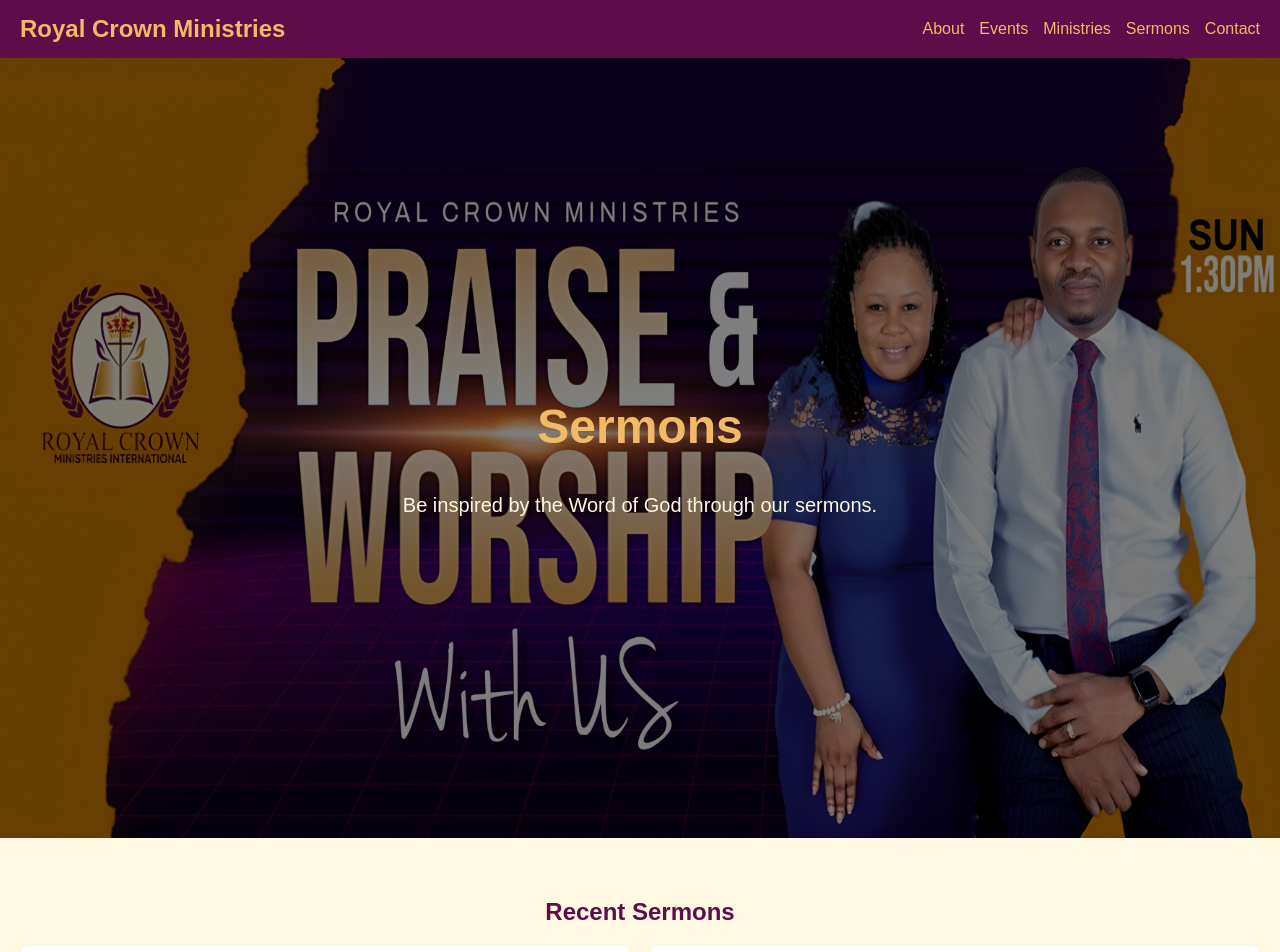
Repository: muwomotapiwa/Royal-Crown
Page: sermons.html
An editor plug-in stored every save of this project. The page is shown before and after a run of saves, followed by the edit.
The browser window is 1280 px wide. The pictures show the part of the page from y = 0 to 952 px (the page is 2776 px tall before and 2766 px after).
A picture or video elsewhere on the page could not be fetched, so the positions and the page height are approximate.

Above is the page before, as saved 2025-03-21 21:10:37.

### sermons.html
<!DOCTYPE html>
<html lang="en">
<head>
    <meta charset="UTF-8">
    <meta name="viewport" content="width=device-width, initial-scale=1.0">
    <title>Sermons - Royal Crown Ministries</title>
    <link rel="stylesheet" href="css/styles.css">
    <link rel="stylesheet" href="css/sermons.css">
</head>
<body>
    <header>
        <div class="logo">Royal Crown Ministries</div>
        <nav>
            <a href="index.html#about">About</a>
            <a href="events.html">Events</a>
            <a href="ministries.html">Ministries</a>
            <a href="sermons.html">Sermons</a>
            <a href="index.html#contact">Contact</a>
        </nav>
        <div class="hamburger" onclick="toggleMenu()">
            <div></div>
            <div></div>
            <div></div>
        </div>
    </header>

    <!-- Hero Section -->
    <section class="hero-banner">
        <div class="hero-content">
            <h1>Sermons</h1>
            <p>Be inspired by the Word of God through our sermons.</p>
        </div>
    </section>

    <!-- Recent Sermons Section -->
    <section class="recent-sermons">
        <h2>Recent Sermons</h2>
        <div class="sermons-grid">
            <div class="sermon-card">
                <img src="assets/Vission_Reset.png" alt="Vision Reset">
                <h3>Vision Reset</h3>
                <p>By Pastor Jacob on 01/15/2024</p>
                <a href="#" class="btn">Watch Now</a>
            </div>
            <div class="sermon-card">
                <img src="assets/your_decision_your_season.png" alt="Your Decision Your Season">
                <h3>Your Decision Your Season</h3>
                <p>By Pastor Jacob on 01/22/2024</p>
                <a href="#" class="btn">Watch Now</a>
            </div>
        </div>
    </section>

    <!-- Sermon Series Section -->
    <section class="sermon-series">
        <h2>Sermon Series</h2>
        <div class="series-grid">
            <div class="series-card">
                <img src="assets/Spiritual_Authority.png" alt="Spiritual Authority">
                <h3>Spiritual Authority</h3>
                <p>Receive God's divine guidance through His law and commandments in Exodus 24:12.</p>
                <a href="#" class="btn">View Series</a>
            </div>
            <div class="series-card">
                <img src="assets/living_by_grace.jpg" alt="Living by Grace">
                <h3>Living by Grace</h3>
                <p>Explore the depths of God's grace through this series.</p>
                <a href="#" class="btn">View Series</a>
            </div>
        </div>
    </section>

    <!-- Join Us Live Section -->
    <section class="join-live">
        <h2>Join Us Live</h2>
        <p>Don't miss our live-streamed sermons every Sunday at 9:00 AM.</p>
        <a href="live.html" class="btn">Watch Live</a>
    </section>

    <footer>
        <p>&copy; 2024 Royal Crown Ministries. All rights reserved.</p>
        <p>Address: Placeholder Street, City, Country | Email: info@royalcrownministries.com | Contact: +27 (81) 760-0928</p>
    </footer>

    <script>
        // Toggle Menu Functionality
        function toggleMenu() {
            const nav = document.querySelector("nav");
            nav.classList.toggle("show");
        }
    </script>
</body>
</html>

### css/styles.css
/* General Styles */
 body {
            margin: 0;
            font-family: Arial, sans-serif;
            background-color: #fff9e3; /* Cream background */
            color: #5e0c4a; /* Purple text color */
        }
        header {
            background-color: #5e0c4a; /* Purple */
            color: #f1bb65; /* Gold */
            padding: 15px 20px;
            display: flex;
            justify-content: space-between;
            align-items: center;
            position: sticky;
            top: 0;
            z-index: 1000;
        }
        header .logo {
            font-size: 24px;
            font-weight: bold;
        }
        nav {
            display: flex;
            gap: 15px;
        }
        nav a {
            color: #f1bb65; /* Gold */
            text-decoration: none;
            font-size: 16px;
        }
        .hamburger {
            display: none;
            flex-direction: column;
            cursor: pointer;
        }
        .hamburger div {
            width: 25px;
            height: 3px;
            background: #f1bb65; /* Gold */
            margin: 4px 0;
        }
        .banner {
            position: relative;
            background: url('../assets/BackgroundAll.jpeg') center/cover no-repeat;
            height: 400px;
            display: flex;
            justify-content: center;
            align-items: center;
            text-align: center;
            color: white;
        }
        .banner::before {
            content: "";
            position: absolute;
            top: 0;
            left: 0;
            width: 100%;
            height: 100%;
            background-color: rgba(0, 0, 0, 0.5); /* Black overlay with 50% opacity */
            z-index: 1;
        }
        .banner div {
            position: relative;
            z-index: 2;
        }
         @media (min-width: 769px) {
            .banner {
                height: 650px;
            }
        }
        @media (max-width: 768px) {
            .banner {
                height: 350px;
            }
        }
        .banner h1 {
            font-size: 36px;
            margin: 0;
            color: #f1bb65; /* Gold */
        }
        .banner p {
            font-size: 20px;
            margin: 10px 0 0;
            color: #fff9e3; /* Cream */
        }
        footer {
            background: #5e0c4a; /* Purple */
            color: #fff9e3; /* Cream */
            padding: 20px;
            text-align: center;
        }
        @media (max-width: 768px) {
            nav {
                display: none;
                flex-direction: column;
                gap: 10px;
                background: #5e0c4a; /* Purple */
                position: absolute;
                top: 60px;
                right: 20px;
                width: 200px;
                padding: 10px;
            }
            nav.show {
                display: flex;
            }
            .hamburger {
                display: flex;
            }
        }
        .sectionBody {
            font-family: Arial, sans-serif;
            background-color: #fff9e3; /* Cream */
            color: #5e0c4a; /* Purple */
            margin: 0;
            padding: 20px;
        }
        .section {
            margin-bottom: 40px;
            padding: 20px;
            background: #ffffff;
            border-radius: 8px;
            box-shadow: 0 4px 6px rgba(0, 0, 0, 0.1);
        }
        .section h2 {
            color: #5e0c4a;
            text-align: center;
            margin-bottom: 20px;
        }
        .cta .btn {
            display: inline-block;
            background-color: #f1bb65; /* Gold */
            color: #5e0c4a; /* Purple */
            border: none;
            padding: 10px 20px;
            text-decoration: none;
            border-radius: 5px;
            margin: 10px 5px;
            font-size: 16px;
            cursor: pointer;
        }
        .cta .btn:hover {
            background-color: #e0a84e; /* Darker Gold */
        }
        /* About Section */
        .about-container {
            display: flex;
            gap: 20px;
            align-items: center;
            flex-wrap: wrap;
        }
        .about-text {
            flex: 1;
            text-align: left;
            background: #fff9e3; /* Cream background */
            padding: 20px;
            border-radius: 8px;
        }
        .about-image img {
            width: 100%;
            border-radius: 8px;
            max-width: 500px;
            height: auto;
        }
        /* Events Section */
        .events-grid {
            display: grid;
            grid-template-columns: repeat(auto-fit, minmax(300px, 1fr));
            gap: 20px;
        }
        .event-card {
            background: white;
            padding: 20px;
            border-radius: 8px;
            box-shadow: 0 4px 6px rgba(0, 0, 0, 0.1);
            text-align: center;
        }
        .event-card h3 {
            color: #5e0c4a;
            margin-bottom: 10px;
        }
        /* Ministries Section */
        .ministries-grid {
            display: grid;
            grid-template-columns: repeat(auto-fit, minmax(200px, 1fr));
            gap: 20px;
            text-align: center;
        }
        .ministry-item img {
            max-width: 80px;
            margin-bottom: 10px;
        }
        .ministry-item {
            padding: 20px;
            background: white;
            border-radius: 8px;
            box-shadow: 0 4px 6px rgba(0, 0, 0, 0.1);
        }
        /* Sermons Section */
        .sermons-gallery {
            display: flex;
            gap: 20px;
            flex-wrap: wrap;
        }
        .sermon-item {
            flex: 1 1 calc(50% - 20px);
            text-align: center;
        }
        .sermon-thumbnail {
            position: relative;
            cursor: pointer;
        }
        .sermon-thumbnail img {
            width: 100%;
            border-radius: 8px;
        }
        .play-button {
            position: absolute;
            top: 50%;
            left: 50%;
            transform: translate(-50%, -50%);
            background: rgba(0, 0, 0, 0.6);
            color: white;
            font-size: 24px;
            width: 50px;
            height: 50px;
            border-radius: 50%;
            display: flex;
            justify-content: center;
            align-items: center;
        }
        /* Modal Styles */
        .modal {
            display: none;
            position: fixed;
            top: 0;
            left: 0;
            width: 100%;
            height: 100%;
            background-color: rgba(0, 0, 0, 0.8);
            justify-content: center;
            align-items: center;
            z-index: 1000;
        }
        .modal-content {
            background: #5e0c4a;
            color: white;
            padding: 20px;
            border-radius: 8px;
            text-align: center;
            position: relative;
            width: 90%;
            max-width: 600px;
        }
        .modal-content video {
            width: 100%;
            max-width: 559px;
        }
        .close {
            position: absolute;
            top: 10px;
            right: 10px;
            font-size: 20px;
            cursor: pointer;
            background: #f1bb65;
            color: #5e0c4a;
            border: none;
            border-radius: 50%;
            width: 30px;
            height: 30px;
            display: flex;
            justify-content: center;
            align-items: center;
        }
        @media (max-width: 768px) {
            .modal-content {
                width: 90%;
                max-width: 300px;
            }
        }

### css/sermons.css
/* General Styles */
body {
    background-color: #fff9e3; /* Cream background for consistency */
    color: #5e0c4a; /* Purple text color */
    font-family: Arial, sans-serif;
}

/* Hero Banner - Full Screen */
.hero-banner {
    background: url('../assets/BackgroundAll.jpeg') center/cover no-repeat;
    color: white;
    text-align: center;
    position: relative;
    display: flex;
    justify-content: center;
    align-items: center;
    height: 690px; /* Fixed Height */
}

.hero-banner::before {
    content: "";
    position: absolute;
    top: 0;
    left: 0;
    width: 100%;
    height: 100%;
    background-color: rgba(0, 0, 0, 0.5); /* Black overlay */
    z-index: 1;
}

.hero-content {
    position: relative;
    z-index: 2;
    padding: 20px;
}

.hero-content h1 {
    font-size: 48px;
    color: #f1bb65; /* Gold */
}

.hero-content p {
    font-size: 20px;
    color: #fff9e3; /* Cream */
}

@media (min-width: 769px) {
    .hero-banner {
        height: 700px; /* Match desktop height from index */
    }
}
@media (max-width: 768px) {
    .hero-banner {
        height: 350px; /* Match mobile height from index */
    }
}
/* Section Styles */
section {
    padding: 40px 20px;
}
section h2 {
    text-align: center;
    margin-bottom: 20px;
    color: #5e0c4a; /* Purple */
}
.sermons-grid,
.series-grid,
.featured-grid,
.explore-grid {
    display: grid;
    grid-template-columns: repeat(auto-fit, minmax(300px, 1fr));
    gap: 20px;
}
.sermon-card,
.series-card,
.featured-card,
.explore-card {
    background: white;
    padding: 20px;
    border-radius: 8px;
    box-shadow: 0 4px 6px rgba(0, 0, 0, 0.1);
    text-align: center;
}
.sermon-card img,
.series-card img,
.featured-card img,
.explore-card img {
    width: 100%;
    border-radius: 8px;
    max-height: 700px;
    object-fit: cover;
}
.sermon-card h3,
.series-card h3,
.featured-card h3,
.explore-card h3 {
    color: #5e0c4a; /* Purple */
    margin: 10px 0;
}
.btn {
    display: inline-block;
    margin-top: 10px;
    background-color: #f1bb65; /* Gold */
    color: #5e0c4a; /* Purple */
    padding: 10px 20px;
    border-radius: 5px;
    text-decoration: none;
}
.btn:hover {
    background-color: #e0a84e; /* Darker Gold */
}

/* Video Player
.video-player-container {
    text-align: center;
    margin: 40px 0;
}
#videoPlayer {
    width: 600px;
    height: 600px;
    border: 2px solid #5e0c4a;
    border-radius: 8px;
    background-color: black;
}
.video-controls {
    margin-top: 10px;
}
.video-controls button {
    background-color: #f1bb65;
    color: #5e0c4a;
    border: none;
    padding: 10px 20px;
    border-radius: 5px;
    font-size: 16px;
    cursor: pointer;
    margin: 0 5px;
}
.video-controls button:hover {
    background-color: #e0a84e;
}*/

/* Join Us Live Section */
.join-live {
    text-align: center;
    background-color: #f4f4f4; /* Light grey for contrast */
}
.join-live h2 {
    color: #5e0c4a;
}
.join-live p {
    color: #5e0c4a;
}

After the next 2 saves:
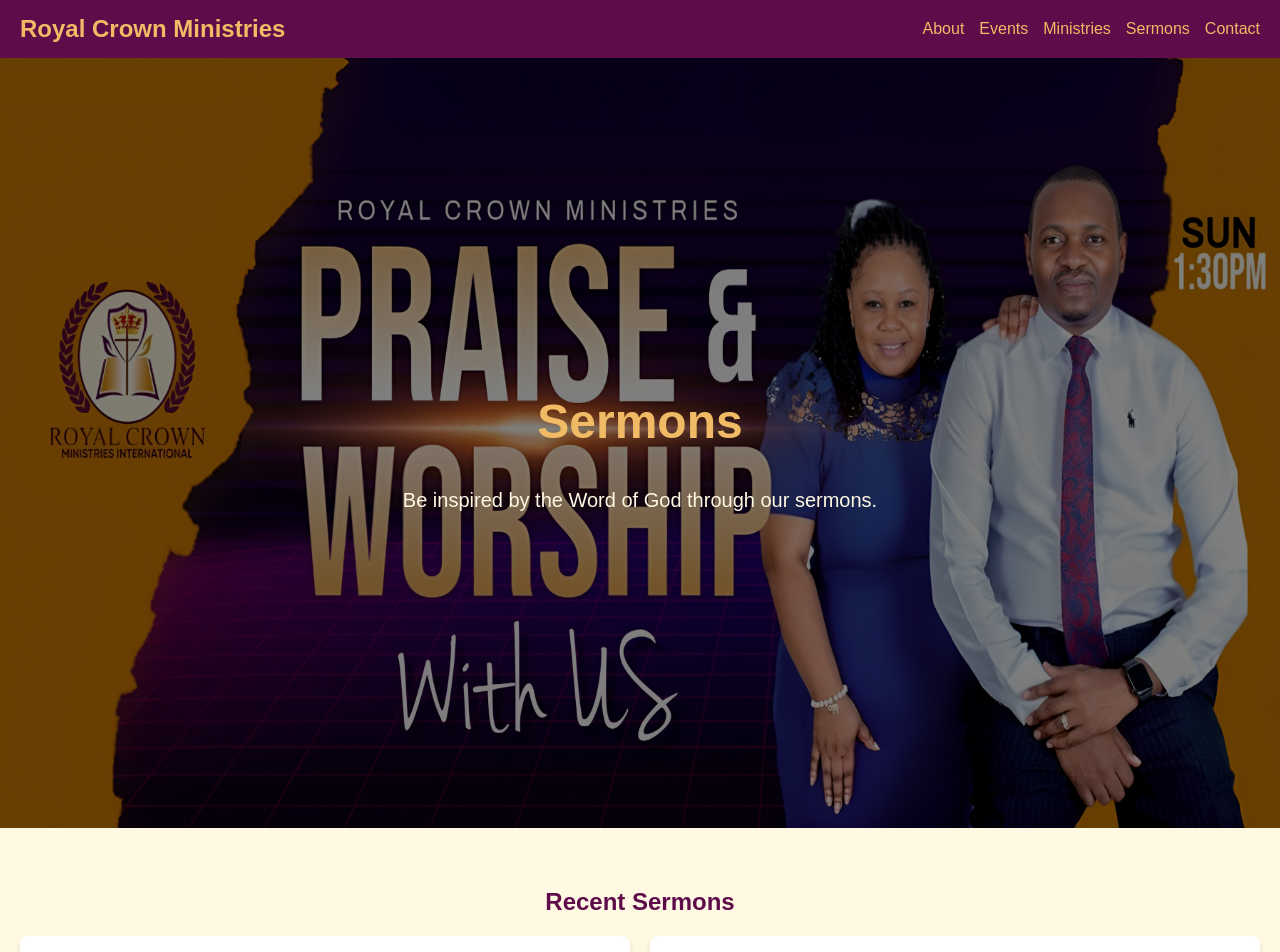
The 2 saves are shown as one change because they came seconds apart.
The last was saved 11 s later.
--- a/css/sermons.css
+++ b/css/sermons.css
@@ -46,7 +46,7 @@ body {
 
 @media (min-width: 769px) {
     .hero-banner {
-        height: 700px; /* Match desktop height from index */
+        height: 690px; /* Match desktop height from index */
     }
 }
 @media (max-width: 768px) {
